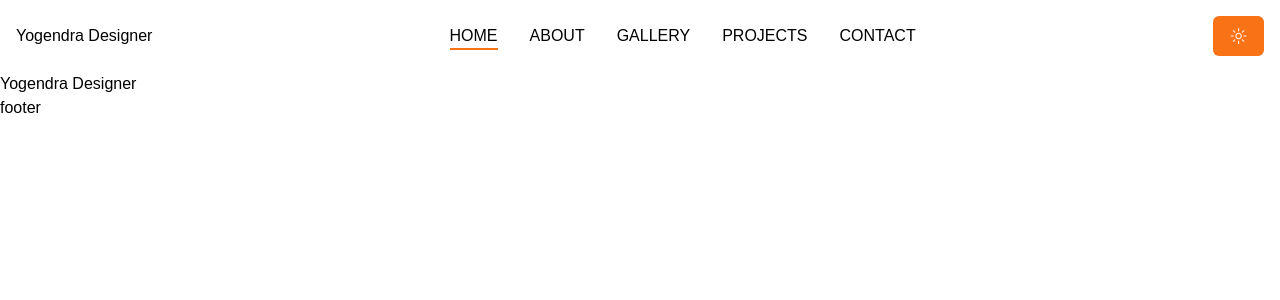
Repository: hitoutvrma/MB_designs-Interior-Designing-website
Page: /
The author's editor kept a copy of each file at every save. The page is drawn from the files as they stood at one save, then again after the next save.
The browser window is 1280 px wide. The pictures show the whole page.
The project was rebuilt for these pictures with package versions that can differ from the ones it lists, and the page was loaded fresh each time. The framework's server and built-in components were replaced by stand-ins that run in the browser. Also part of the build but not shown: next.config.mjs.

Above is the page before, as saved 2024-09-13 12:34:56.

After the next save:
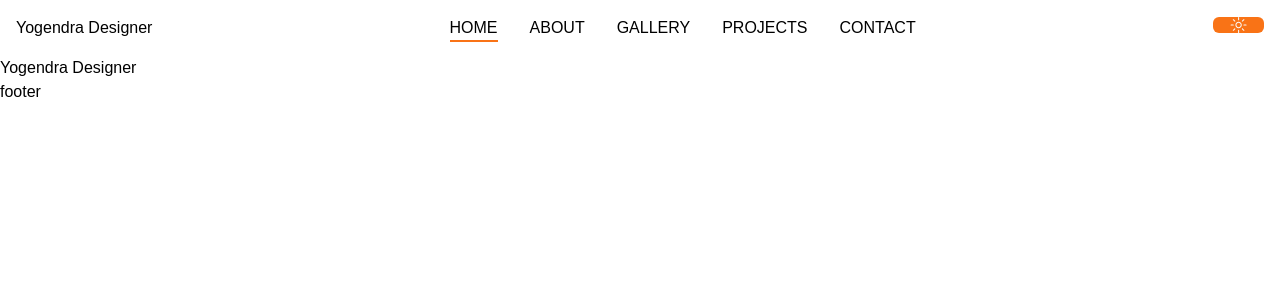
Saved 9 s later.
--- a/components/ThemeToggler.jsx
+++ b/components/ThemeToggler.jsx
@@ -7,7 +7,7 @@ const ThemeToggler = () => {
 
   return (
     <div>
-      <Button  onClick={()=>setTheme(theme==='dark'?'light':'dark')}>
+      <Button className='h-2' onClick={()=>setTheme(theme==='dark'?'light':'dark')}>
         <SunIcon className="h-[1rem] w-[1.2rem] scale-100 rotate-0 transition-all dark:rotate-90 dark:scale-0"/>
         <MoonIcon className="w-[1rem] absolute scale-0 rotate-90 transition-all dark:rotate-0 dark:scale-100"/>
       </Button>
